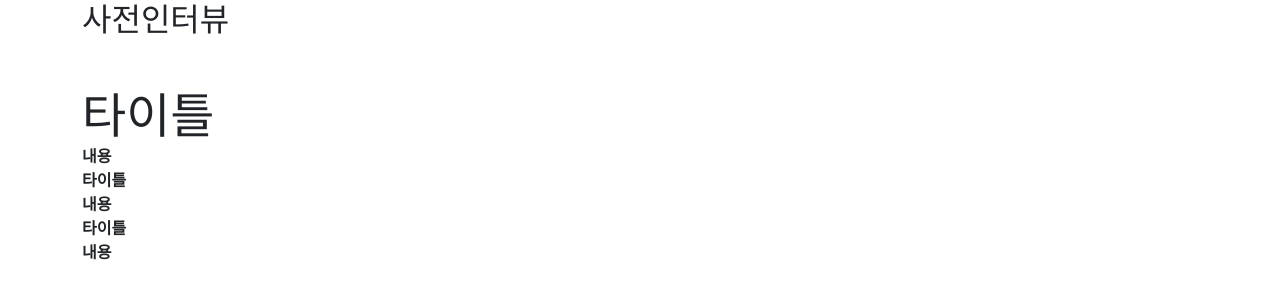
Repository: shin-eekk/js_study
Page: faq.html
The author's editor kept a copy of each file at every save. The page is drawn from the files as they stood at one save, then again after a run of saves.
The browser window is 1280 px wide. The pictures show the whole page.
The style sheet was rebuilt from its Sass, Less or Tailwind sources for each picture, by a compiler version that may differ from the author's.

Above is the page before, as saved 2025-03-12 10:06:59.

After the next 2 saves:
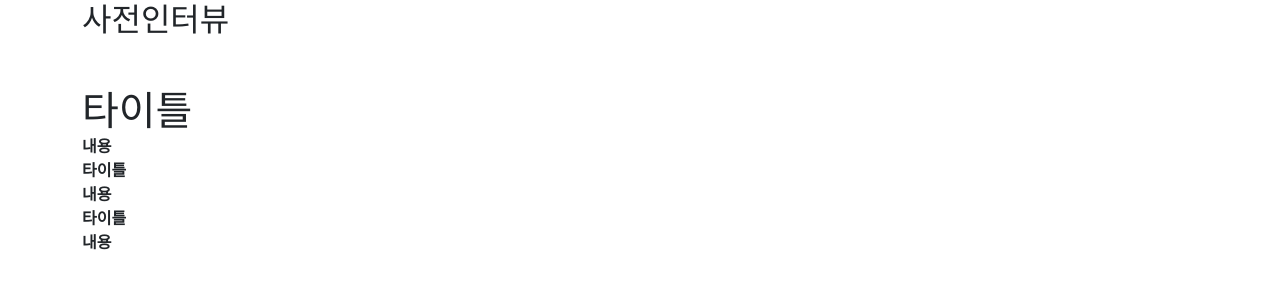
The 2 saves are shown as one change because they came seconds apart.
The last was saved 11 s later.
--- a/faq.html
+++ b/faq.html
@@ -15,7 +15,7 @@
         <div class="container d-flex gap-5 flex-column justify-content-center">
             <h2>사전인터뷰</h2>
             <dl>
-                <dt class="display-5">타이틀</dt>
+                <dt class="display-6">타이틀</dt>
                 <dt>내용</dt>
                 <dt>타이틀</dt>
                 <dt>내용</dt>
